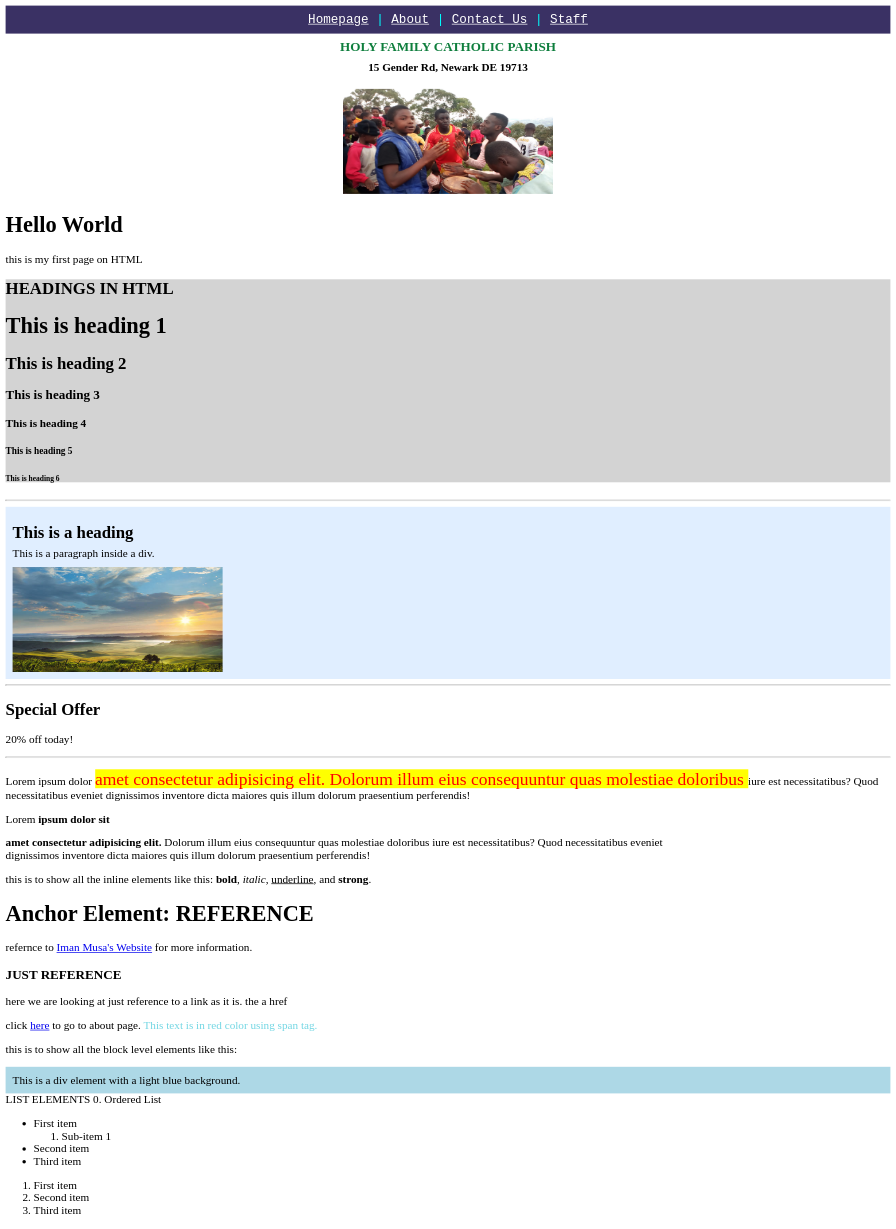
Repository: ficotims/HTML-RESTART
Page: Homepage.html
These files come from the project's save history. The page is drawn as it stood at one moment and after the next save; the edit follows.
The browser window is 1280 px wide. The pictures show the whole page, at 70% of full size.

Above is the page before, as saved 2026-02-10 13:23:03.

### Homepage.html
<!doctype html>
<html lang="en">
  <head>
    <meta charset="UTF-8" />
    <meta name="viewport" content="width=device-width, initial-scale=1.0" />
    <title>HTML Crash course with Iman Musa</title>
    <link rel="stylesheet" href="Style 1.css"/>
  </head>
  <body>

    <!-- NAVIGATION SECTION -->
        <div style="background-color: rgb(58, 49, 100); padding: 10px; text-align: center; color: aqua; font-size: 18px; font-family: monospace, Lemon milk;">
    <a href="Homepage.html" target="_top" style="color: white;">Homepage</a> |
    <a href="about.html" style="color: white;">About</a> | <a href="Contact us.html" style="color: white;">Contact Us</a> |
    <a href="staff.html" style="color: white;">Staff</a>
     </div>

 <div style="text-align: center;">
    <h3><span style="color: rgb(14, 126, 61);"><div style="line-height: 0;">HOLY FAMILY CATHOLIC PARISH</b></span></h3>
    <H4>15 Gender Rd, Newark DE 19713</H4>
    <img
        src="images/Acension.jpg"
        alt="Catholic Church Logo"
        width="300"
        height="150"
      />
      </div>

    <h1>Hello World</h1>
    <p>this is my first page on HTML</p>
    <!-- this is a comment and will not appear on the screen/ page -->
    <!-- let us introduce the headings -->
    <div style="background-color: lightgray; padding: px; text-align: left">
      <h2>HEADINGS IN HTML</h2>
    <h1>This is heading 1</h1>
    <h2>This is heading 2</h2>
    <h3>This is heading 3</h3>
    <h4>This is heading 4</h4>
    <h5>This is heading 5</h5>
    <h6>This is heading 6</h6>
    </div>

    <!-- here we are starting off LEARNING HOW TO USE THE <div> TAG -->
 <hr>
      <div style="background-color: rgb(224, 238, 255); padding: 10px; text-align: left; line-height: 0.5;">
  <h2>This is a heading</h2>
  <p>This is a paragraph inside a div.</p>
  <img src="images/landscape.jpg" alt="Landscape" width="300"
        height="150" />
</div>
<hr>
<div class="highlight-box">
  <h2>Special Offer</h2>
  <p>20% off today!</p>
</div>
<hr>


    <!-- thi is for paragraphs now -->
    <p>
      Lorem ipsum dolor <span class="body1">amet consectetur adipisicing elit. Dolorum illum
      eius consequuntur quas molestiae doloribus </span> iure est necessitatibus? Quod
      necessitatibus eveniet dignissimos inventore dicta maiores quis illum
      dolorum praesentium perferendis!
    </p>

    <p>
      Lorem <b>ipsum dolor sit <div>amet consectetur adipisicing elit.</b> Dolorum
      illum eius consequuntur quas molestiae doloribus iure est necessitatibus?
      Quod necessitatibus eveniet </div>dignissimos inventore dicta maiores quis illum
      dolorum praesentium perferendis!
    </p>


    <!-- this is for inline leve elements -->

    <p>
      this is to show all the inline elements like this: <b>bold</b>,
      <i>italic</i>, <u>underline</u>, and <strong>strong</strong>.
      <br />

      <!-- using the other inline elements: Anchor Elements (which are just links) -->
    </p>
    <h1>Anchor Element: REFERENCE</h1>
    refernce to
    <a href="https://www.google.com" target="_blank">Iman Musa's Website</a> for
    more information.
    <h3>JUST REFERENCE</h3>
    <p>here we are looking at just reference to a link as it is. the a href</p>
    click <a href="about.html" target="_blank">here</a> to go to about page.

    <!-- SPAN ELEMENT -->
    <span style="color: rgba(31, 190, 211, 0.63)">This text is in red color using span tag.</span>
    <p>
      <!-- now let us introduce the block level elements -->
      this is to show all the block level elements like this:
    </p>

    <div style="background-color: lightblue; padding: 10px">
      This is a div element with a light blue background.
    </div>

    <!-- this is LIST -->
<hi2>LIST ELEMENTS</h2>

    0. Ordered List

    <ul>
      <li>First item</li>
      <ol><li>Sub-item 1</li></ol>
      <li>Second item</li>
      <li>Third item</li>
    </ul>

    <ol>
      <li>First item</li>
      <li>Second item</li>
      <li>Third item</li>
    </ol>
  </body>
</html>

### Style 1.css
.body1 {
    color: red;
    background-color: yellow;
    font-size: 25px;
}

.flyout {
    border: 2px solid black;
    padding: 20px;
    margin: 15px;
}

After the next save:
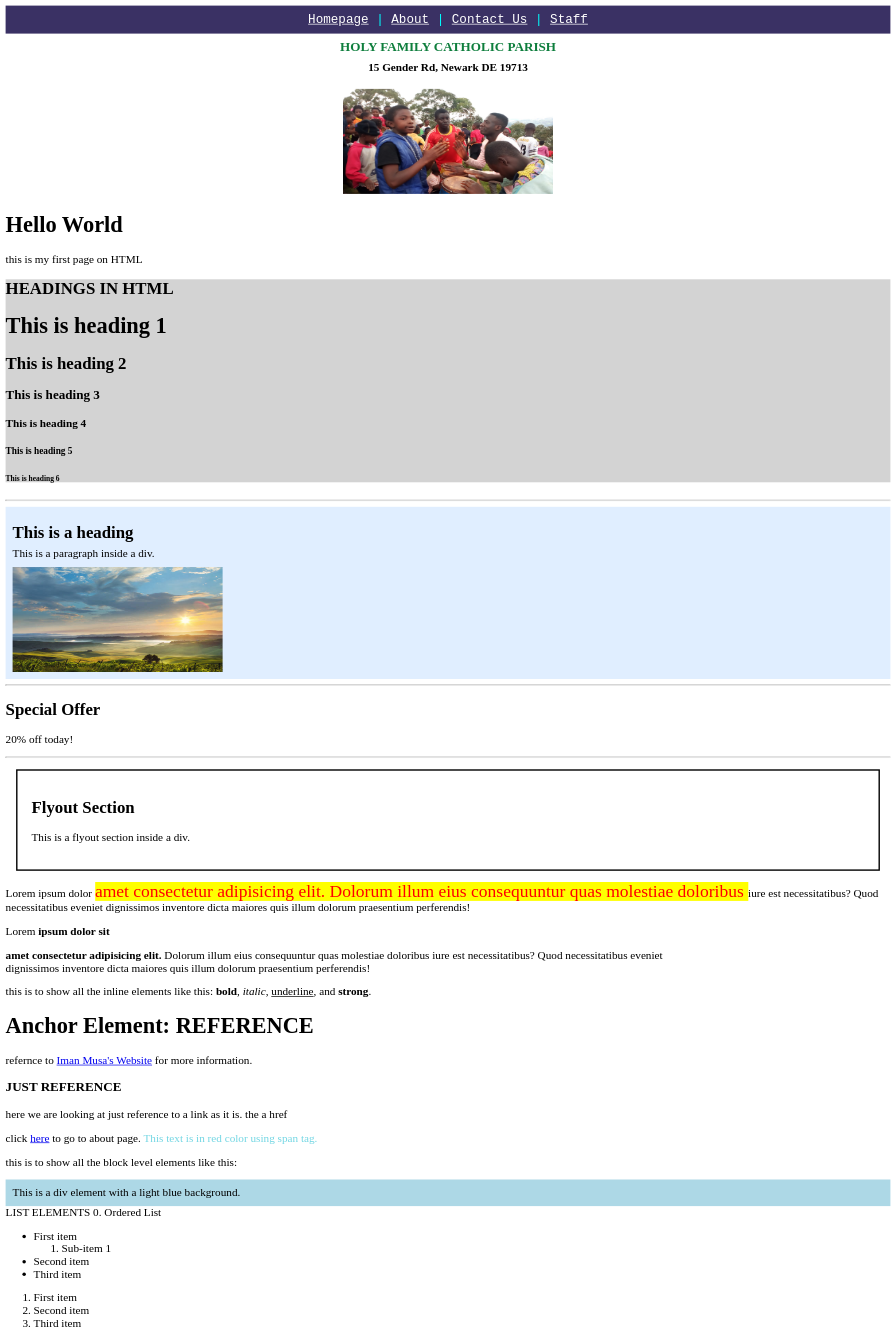
Saved 20 s later.
--- a/Homepage.html
+++ b/Homepage.html
@@ -54,7 +54,12 @@
   <p>20% off today!</p>
 </div>
 <hr>
-
+<p>
+  <div class="flyout">
+    <h2>Flyout Section</h2>
+    <p>This is a flyout section inside a div.</p>
+  </div>
+</p>
 
     <!-- thi is for paragraphs now -->
     <p>
